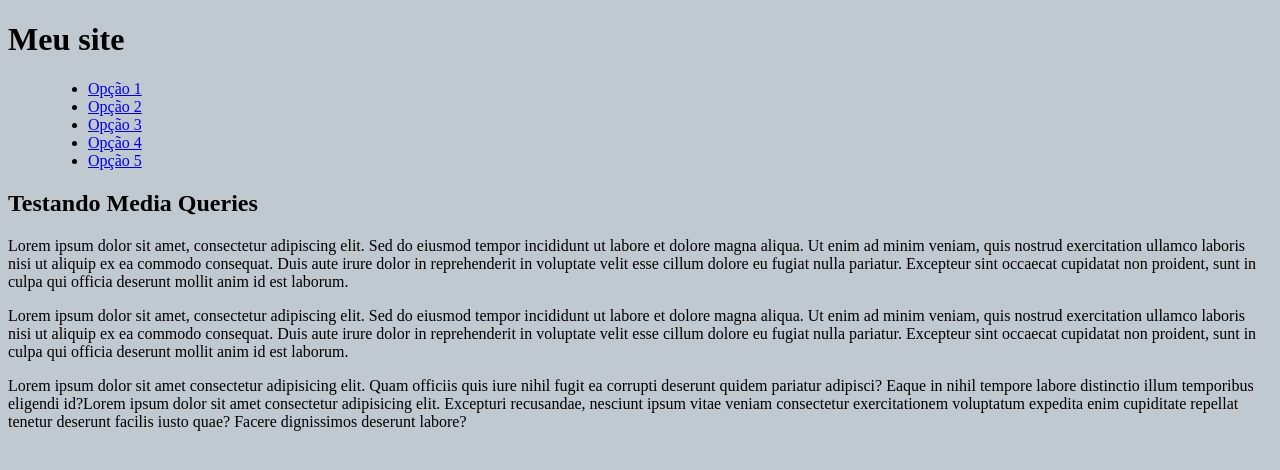
Repository: Sandro1969-tech/menu-hamburger
Page: index.html
The author's editor kept a copy of each file at every save. The page is drawn from the files as they stood at one save, then again after a run of saves.
The browser window is 1280 px wide. The pictures show the whole page.

Above is the page before, as saved 2025-12-25 18:00:22.

After the next 3 saves:
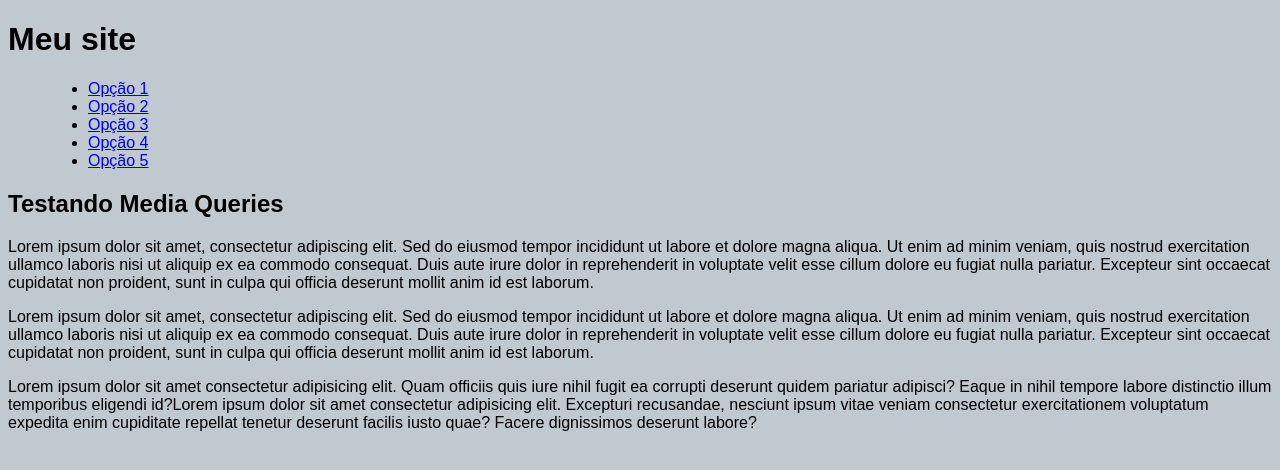
The 3 saves are shown as one change because they came seconds apart.
The last was saved 9 s later.
--- a/style.css
+++ b/style.css
@@ -1,7 +1,7 @@
 @charset "UTF-8";
 
 * {
-
+    font-family: Arial, Helvetica, sans-serif;
 }
 body {
     background-color:
